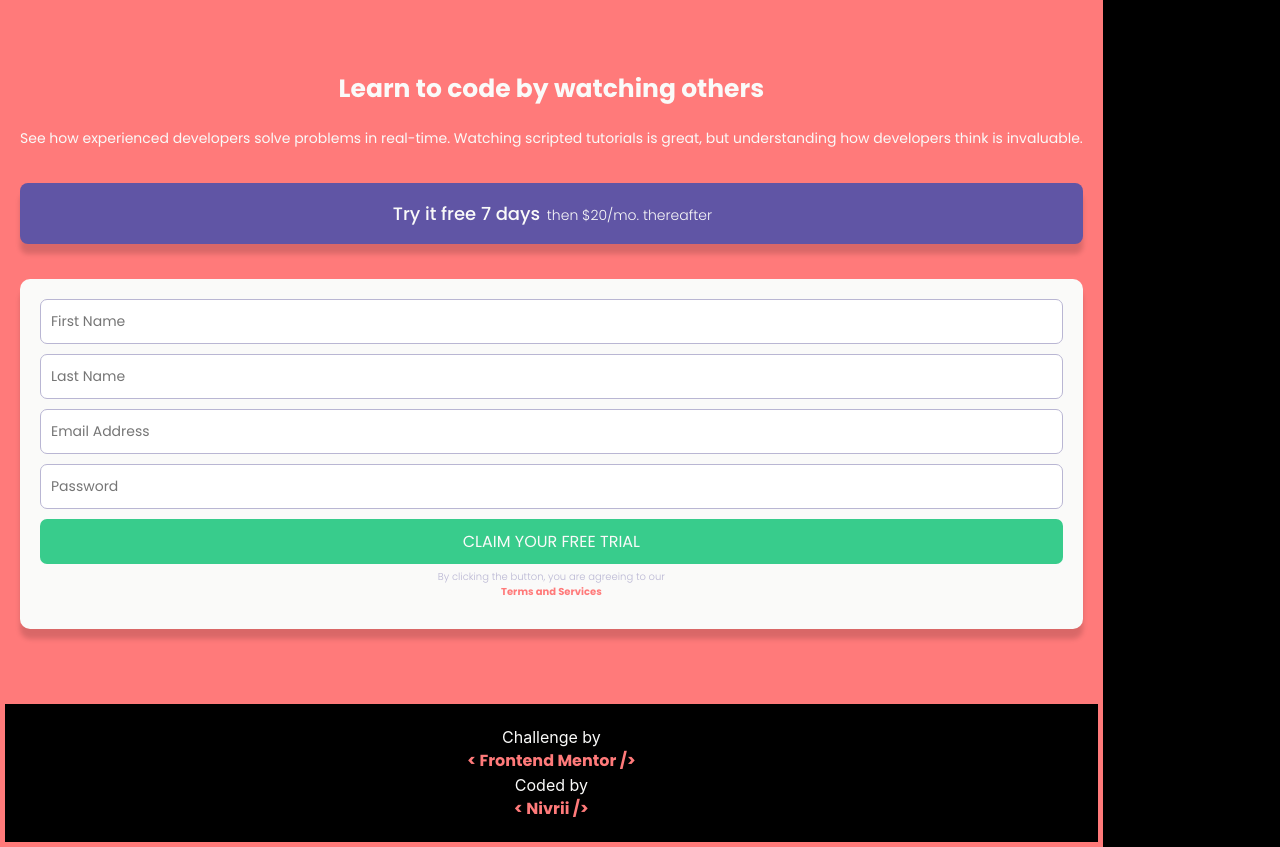
Repository: nivrii/intro-component-with-signup
Page: /
An editor plug-in stored every save of this project. The page is shown before and after the next save, followed by the edit.
The browser window is 1280 px wide. The pictures show the whole page.
The project was rebuilt for these pictures with package versions that can differ from the ones it lists, and the page was loaded fresh each time. Also part of the build but not shown: vite.config.js.

Above is the page before, as saved 2023-10-14 17:07:03.

After the next save:
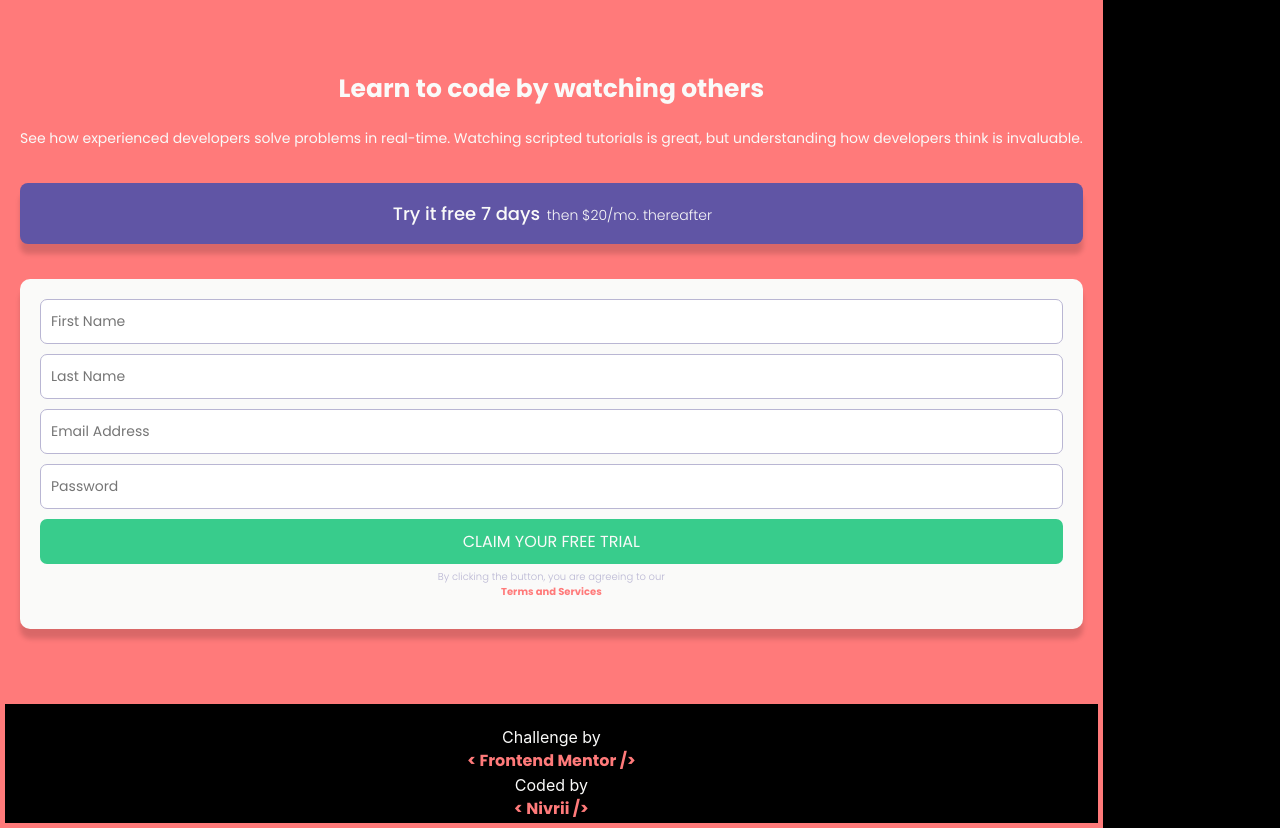
Saved 7 s later.
--- a/src/Footer/Footer.css
+++ b/src/Footer/Footer.css
@@ -1,8 +1,6 @@
 @import url(../App.css);
 
 footer {
-  flex: 0;
-  align-self: flex-end;
   width: 100%;
   height: 18vh;
   background-color: #000;
